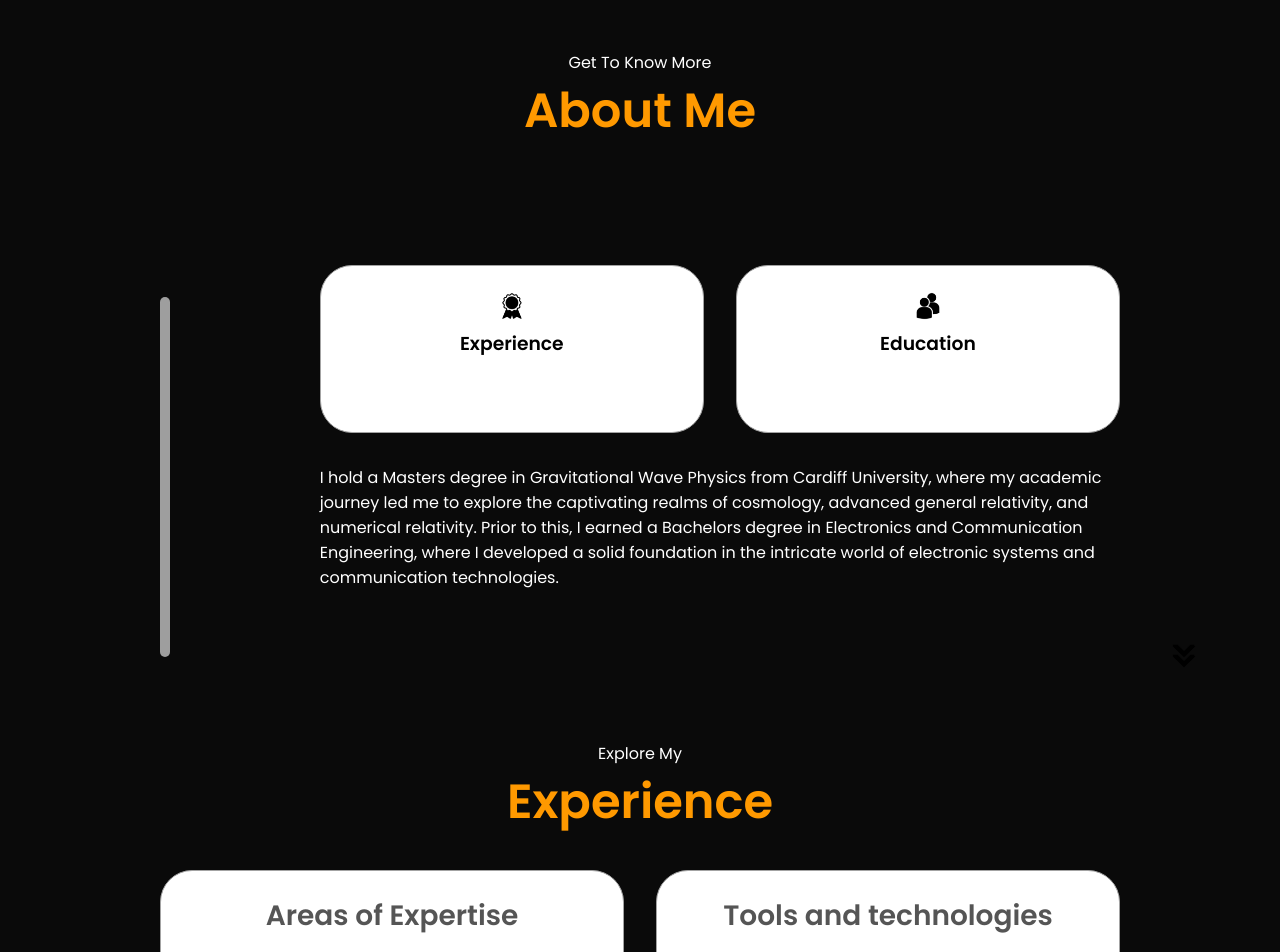
Repository: APersonalVoyage/APersonalVoyage.github.io
Page: index.html
The author's editor kept a copy of each file at every save. The page is drawn from the files as they stood at one save, then again after the next save.
The browser window is 1280 px wide. The pictures show the part of the page from y = 795 to 1747 px (the page is 4064 px tall).
Pictures or frames that could not be fetched are drawn as grey boxes. A picture or video elsewhere on the page could not be fetched, so the positions and the page height are approximate.

Above is the page before, as saved 2023-08-24 19:15:00.

### index.html
<!DOCTYPE html>
<html lang="en">
  <head>
    <meta charset="UTF-8" />
    <meta http-equiv="X-UA-Compatible" content="IE=edge" />
    <meta name="viewport" content="width=device-width, initial-scale=1.0" />
    <title>My Portfolio</title>
    <link rel="stylesheet" href="style.css" />
    <link rel="stylesheet" href="mediaqueries.css" />

  </head>
  <body>
    <nav id="desktop-nav">
      <div class="logo">Abhishek Karkola</div>
      <div>
        <ul class="nav-links">
          <li><a href="#about">About</a></li>
          <li><a href="#experience">Experience</a></li>
          <li><a href="#projects">Projects</a></li>
          <li><a href="#contact">Contact</a></li>
        </ul>
      </div>
    </nav>
    <nav id="hamburger-nav">
      <div class="logo">Abhishek Karkola</div>
      <div class="hamburger-menu">
        <div class="hamburger-icon" onclick="toggleMenu()">
          <span></span>
          <span></span>
          <span></span>
        </div>
        <div class="menu-links">
          <li><a href="#about" onclick="toggleMenu()">About</a></li>
          <li><a href="#experience" onclick="toggleMenu()">Experience</a></li>
          <li><a href="#projects" onclick="toggleMenu()">Projects</a></li>
          <li><a href="#contact" onclick="toggleMenu()">Contact</a></li>
        </div>
      </div>
    </nav>
    <section id = "profile" style = "text-align: center;" >
        <div class="section__pic-container">
            <img src="./assets/My_profile-fotor-20230824122059.png" alt="profile" class="section__pic">
        </div>
        <div class= "section_text" style = "margin-top: 200px;" >
            <p class="section__text__p1">Hello, I'm</p>
        <h1 class="title">Abhishek Karkola</h1>
        <p class="section__text__p2">Gravitational Wave Astrophysicist</p>
        <div class="btn-container">
            <button
              class="btn btn-color-2"
              onclick="window.open('./assets/Abhishek_Academic_CV.pdf')"
            >
              Download CV
            </button>
            <button class="btn btn-color-1" onclick="location.href='./#contact'">
              Contact Info
            </button>
          </div>
          <div id="socials-container">
            <img
            src="./assets/linkedin.png"
            alt="My LinkedIn profile"
            class="icon"
            onclick="location.href='https://linkedin.com/'"
          />
          <img
            src="./assets/github.png"
            alt="My Github profile"
            class="icon"
            onclick="location.href='https://github.com/APersonalVoyage'"
          />
          <img
            src="./assets/instagram.png"
            alt="My instagram profile"
            class="icon"
            onclick="location.href='https://www.instagram.com/apersonalvoyage/'"
          />
          <img
            src="./assets/twitter.png"
            alt="My twitter profile"
            class="icon"
            onclick="location.href='https://twitter.com/APersonalVoyage'"
          />
        </div>
      </div>
          </div>

        </div>
    </section>
    <section id="about">
        <p class="section__text__p1">Get To Know More</p>
        <h1 class="title">About Me</h1>
        <div class="section-container">
          <div class="section__pic-container" style="margin-top: 150px">
            <img
              src="./assets/Profile_Pic2.JPG"
              alt="Profile picture"
              class="about-pic"
            />
          </div>
          <div class="about-details-container">
            <div class="about-containers">
              <div class="details-container">
                <img
                  src="./assets/experience.png"
                  alt="Experience icon"
                  class="icon"
                />
                <h3>Experience</h3>
                <p>1+ years <br />Research Intern</p>
              </div>
              <div class="details-container">
                <img
                  src="./assets/education.png"
                  alt="Education icon"
                  class="icon"
                />
                <h3>Education</h3>
                <p>B.E. Electronics<br />M.Sc. GW Physics</p>
              </div>
            </div>
            <div class="text-container">
              <p>
                I hold a Masters degree in Gravitational Wave Physics from Cardiff University, where my academic journey led me to explore the captivating realms of cosmology, advanced general relativity, and numerical relativity. Prior to this, I earned a Bachelors degree in Electronics and Communication Engineering, where I developed
                a solid foundation in the intricate world of electronic systems and communication technologies.
              </p>
            </div>
          </div>
        </div>
        <img
          src="./assets/arrow.png"
          alt="Arrow icon"
          class="icon arrow"
          onclick="location.href='./#experience'"
        />
    </section>
</section>
<section id="experience">
  <p class="section__text__p1">Explore My</p>
  <h1 class="title">Experience</h1>
  <div class="experience-details-container">
    <div class="about-containers">
      <div class="details-container">
        <h2 class="experience-sub-title">Areas of Expertise</h2>
        <div class="article-container">
          <article>
            <img
              src="./assets/checkmark.png"
              alt="Experience icon"
              class="icon"
            />
            <div>
              <h3>Linear Algebra</h3>
              <p>Experienced</p>
            </div>
          </article>
          <article>
            <img
              src="./assets/checkmark.png"
              alt="Experience icon"
              class="icon"
            />
            <div>
              <h3>Tensor Mathematics</h3>
              <p>Experienced</p>
            </div>
          </article>
          <article>
            <img
              src="./assets/checkmark.png"
              alt="Experience icon"
              class="icon"
            />
            <div>
              <h3>General Relativity</h3>
              <p>Intermediate</p>
            </div>
          </article>
          <article>
            <img
              src="./assets/checkmark.png"
              alt="Experience icon"
              class="icon"
            />
            <div>
              <h3>Cosmology</h3>
              <p>Intermediate</p>
            </div>
          </article>
          <article>
            <img
              src="./assets/checkmark.png"
              alt="Experience icon"
              class="icon"
            />
            <div>
              <h3>Numerical Relativity</h3>
              <p>Basic</p>
            </div>
          </article>
          <article>
            <img
              src="./assets/checkmark.png"
              alt="Experience icon"
              class="icon"
            />
            <div>
              <h3>GW Astrophysics</h3>
              <p>Intermediate</p>
            </div>
          </article>
        </div>
      </div>
      <div class="details-container">
        <h2 class="experience-sub-title">Tools and technologies</h2>
        <div class="article-container">
          <article>
            <img
              src="./assets/checkmark.png"
              alt="Experience icon"
              class="icon"
            />
            <div>
              <h3>PostgreSQL</h3>
              <p>Basic</p>
            </div>
          </article>
          <article>
            <img
              src="./assets/checkmark.png"
              alt="Experience icon"
              class="icon"
            />
            <div>
              <h3>HTML</h3>
              <p>Intermediate</p>
            </div>
          </article>
          <article>
            <img
              src="./assets/checkmark.png"
              alt="Experience icon"
              class="icon"
            />
            <div>
              <h3>Python</h3>
              <p>Experienced</p>
            </div>
          </article>
          <article>
            <img
              src="./assets/checkmark.png"
              alt="Experience icon"
              class="icon"
            />
            <div>
              <h3>Git</h3>
              <p>Intermediate</p>
            </div>
          </article>
          <article>
            <img
              src="./assets/checkmark.png"
              alt="Experience icon"
              class="icon"
            />
            <div>
              <h3> High Performance Computing (HPC)</h3>
              <p>Intermediate</p>
            </div>
          </article>
        </div>
      </div>
    </div>
  </div>
  <img
    src="./assets/arrow.png"
    alt="Arrow icon"
    class="icon arrow"
    onclick="location.href='./#projects'"
  />
</section>
<section id="projects">
    <p class="section__text__p1">Browse My Recent</p>
    <h1 class="title">Projects</h1>
    <div class="experience-details-container">
      <div class="about-containers">
        <div class="details-container color-container">
          <div class="article-container">
            <img
              src="./assets/10-Figure2-1.png"
              alt="Project 1"
              class="project-img"
            />
          </div>
          <h2 class="experience-sub-title project-title">Updating Gravitational Wave Constraints on Modified Gravity</h2>
          <div class="btn-container">
            <button
              class="btn btn-color-2 project-btn"
              onclick="location.href='https://github.com/APersonalVoyage/MSc_Thesis'"
            >
              Github
            </button>
            <button
              class="btn btn-color-2 project-btn"
              onclick="location.href='https://github.com/APersonalVoyage/MSc_Thesis/blob/main/Abhishek_Msc_Dissertation%20.pdf'"
            >
              Thesis
            </button>
          </div>
        </div>
        <div class="details-container color-container">
          <div class="article-container">
            <img
              src="./assets/GW150914_IMR.png"
              alt="Project 2"
              class="project-img"
            />
          </div>
          <h2 class="experience-sub-title project-title">Parameter Estimation of Gravitational-wave Source</h2>
          <div class="btn-container">
            <button
              class="btn btn-color-2 project-btn"
              onclick="location.href='https://github.com/APersonalVoyage/GW-data-analysis'"
            >
              Github
            </button>
            <button
              class="btn btn-color-2 project-btn"
              onclick="location.href='https://github.com/gw-odw/odw-2021'"
            >
              Source Code
            </button>
          </div>
        </div>
         <div class="details-container color-container">
          <div class="article-container">
            <img
              src="./assets/PE.jpg"
              alt="Project 3"
              class="project-img"
            />
          </div>
          <h2 class="experience-sub-title project-title">GW Data Analysis</h2>
          <div class="btn-container">
            <button
              class="btn btn-color-2 project-btn"
              onclick="location.href='https://github.com/APersonalVoyage/Data-Analysis-2022'"
            >
              Github
            </button>
            <button
              class="btn btn-color-2 project-btn"
              onclick="location.href='https://github.com/APersonalVoyage/Data-Analysis-2022'"
            >
              Source Code
            </button>
          </div>

        </div>
        <div class="details-container color-container">
            <div class="article-container">
              <img
                src="./assets/Screenshot 2023-08-24 at 6.26.45 PM.png"
                alt="Project 2"
                class="project-img"
              />
            </div>
            <h2 class="experience-sub-title project-title">Website using html, css and JS</h2>
            <div class="btn-container">
              <button
                class="btn btn-color-2 project-btn"
                onclick="location.href='https://github.com/APersonalVoyage/APersonalVoyage.github.io'"
              >
                Github
              </button>
              <button
                class="btn btn-color-2 project-btn"
                onclick="location.href='https://apersonalvoyage.github.io/'"
              >
                View
              </button>
            </div>
          </div>

      </div>
    </div>
    <img
      src="./assets/arrow.png"
      alt="Arrow icon"
      class="icon arrow"
      onclick="location.href='./#projects'"
    />
  </section>
  <section id="contact">
    <p class="section__text__p1">Get in Touch</p>
    <h1 class="title">Contact Me</h1>
    <div class="contact-info-upper-container">
      <div class="contact-info-container">
        <img
          src="./assets/email.png"
          alt="Email icon"
          class="icon contact-icon email-icon"
        />
        <p><a href="mailto:examplemail@gmail.com">abhishek@alphago.in</a></p>
      </div>
    </div>
  </section>
  <footer>
    <nav>
      <div class="nav-links-container">
        <ul class="nav-links">
          <li><a href="#about">About</a></li>
          <li><a href="#experience">Experience</a></li>
          <li><a href="#projects">Projects</a></li>
          <li><a href="#contact">Contact</a></li>
        </ul>
      </div>
    </nav>

  </footer>
  <script src="script.js"></script>
</body>
</html>

### style.css
/* GENERAL */

@import url("https://fonts.googleapis.com/css2?family=Poppins:wght@300;400;500;600&display=swap");

* {
  margin: 0;
  padding: 0;
}

body {
  font-family: "Poppins", sans-serif;
  background-color: #0a0a0a;
  color: 0;

}

html {
  scroll-behavior: smooth;

}

p {
  color: #ffffff;
}

/* TRANSITION */

a,
.btn {
  transition: all 300ms ease;
}

/* DESKTOP NAV */

nav,
.nav-links {
  display: flex;
}

nav {
  justify-content: space-around;
  align-items: center;
  height: 17vh;
}

.nav-links {
  gap: 2rem;
  list-style: none;
  font-size: 1.5rem;
}

a {
  color: #ffffff;
  text-decoration: none;
  text-decoration-color: white;
}

a:hover {
  color: #ffffff;
  text-decoration: underline;
  text-underline-offset: 1rem;
  text-decoration-color: #ffffff;
}

.logo {
  font-size: 2rem;
}

.logo:hover {
  cursor: default;
}

/* HAMBURGER MENU */

#hamburger-nav {
  display: none;
}

.hamburger-menu {
  position: relative;
  display: inline-block;
}

.hamburger-icon {
  display: flex;
  flex-direction: column;
  justify-content: space-between;
  height: 24px;
  width: 30px;
  cursor: pointer;
}

.hamburger-icon span {
  width: 100%;
  height: 2px;
  background-color: #ffffff;
  transition: all 0.3 ease-in-out;
}

.menu-links {
  position: absolute;
  top: 100%;
  right: 0;
  background-color: white;
  width: fit-content;
  max-height: 0;
  overflow: hidden;
  transition: all 0.3 ease-in-out;
}

.menu-links a {
  display: block;
  padding: 10px;
  text-align: center;
  font-size: 1.5rem;
  color:#ff9900;
  text-decoration: none;
  transition: all 0.3 ease-in-out;
}

.menu-links li {
  list-style: none;
}

.menu-links.open {
  max-height: 300px;
}

.hamburger-icon.open span:first-child {
  transform: rotate(45deg) translate(10px, 5px);
}

.hamburger-icon.open span:nth-child(2) {
  opacity: 0;
}

.hamburger-icon.open span:last-child {
  transform: rotate(-45deg) translate(10px, -5px);
}

.hamburger-icon span:first-child {
  transform: none;
}

.hamburger-icon span:first-child {
  opacity: 1;
}

.hamburger-icon span:first-child {
  transform: none;
}

/* SECTIONS */

section {
  padding-top: 4vh;
  height: 96vh;
  margin: 0 10rem;
  box-sizing: border-box;
  min-height: fit-content;
}

.section-container {
  display: flex;
}

/* PROFILE SECTION */

#profile {
  display: flex;
  justify-content: center;
  gap: 5rem;
  height: 80vh;
}

.section__pic-container {
  display: flex;
  height: 400px;
  width: 400px;
  margin: auto 0;
}

.section__text {
  align-self: center;
  text-align: center;
}

.section__text p {
  font-weight: 600;
}

.section__text__p1 {
  text-align: center;
}

.section__text__p2 {
  font-size: 1.75rem;
  margin-bottom: 1rem;
}

.title {
  font-size: 3rem;
  text-align: center;
  color: #ff9900;
}

#socials-container {
  display: flex;
  justify-content: center;
  margin-top: 1rem;
  gap: 1rem;
}

/* ICONS */

.icon {
  cursor: pointer;
  height: 2rem;
}

/* BUTTONS */

.btn-container {
  display: flex;
  justify-content: center;
  gap: 1rem;
}

.btn {
  font-weight: 600;
  transition: all 300ms ease;
  padding: 1rem;
  width: 8rem;
  border-radius: 2rem;
  background-color: #ff9900;
  color: #ffffff;
}

.btn-color-1,
.btn-color-2 {
  border: rgb(53, 53, 53) 0.1rem solid;
}

.btn-color-1:hover,
.btn-color-2:hover {
  cursor: pointer;
}

.btn-color-1,
.btn-color-2:hover {
  background: rgb(53, 53, 53);
  color: white;
}

.btn-color-1:hover {
  background: rgb(0, 0, 0);
}

.btn-color-2 {
  background: #ffffff;;
}

.btn-color-2:hover {
  border: rgb(255, 255, 255) 0.1rem solid;
}

.btn-container {
  gap: 1rem;
}

/* ABOUT SECTION */

#about {
  position: relative;
}

.about-containers {
  gap: 2rem;
  margin-bottom: 2rem;
  margin-top: 2rem;
}

.about-details-container {
  justify-content: center;
  flex-direction: column;
}

.about-containers,
.about-details-container {
  display: flex;
}

.about-pic {
  border-radius: 2rem;
  width: 10%;
  height: 90%;

}

.arrow {
  position: absolute;
  right: -5rem;
  bottom: 2.5rem;
}

.details-container {
  padding: 1.5rem;
  flex: 1;
  background: white;
  border-radius: 2rem;
  border: rgb(53, 53, 53) 0.1rem solid;
  border-color: rgb(163, 163, 163);
  text-align: center;
}

.section-container {
  gap: 4rem;
  height: 80%;
}

.section__pic-container {
  height: 400px;
  width: 400px;
  margin: auto 0;
}

/* EXPERIENCE SECTION */

#experience {
  position: relative;
}

.experience-sub-title {
  color: rgb(85, 85, 85);
  font-weight: 600;
  font-size: 1.75rem;
  margin-bottom: 2rem;
}

.experience-details-container {
  display: flex;
  justify-content: center;
  flex-direction: column;
}

.article-container {
  display: flex;
  text-align: initial;
  flex-wrap: wrap;
  flex-direction: row;
  gap: 2.5rem;
  justify-content: space-around;
}

article {
  display: flex;
  width: 10rem;
  justify-content: space-around;
  gap: 0.5rem;
}

article .icon {
  cursor: default;
}

/* PROJECTS SECTION */

#projects {
  position: relative;
}

.color-container {
  border-color: rgb(163, 163, 163);
  background: rgb(250, 250, 250);
}

.project-img {
  border-radius: 2rem;
  width: 90%;
  height: 90%;
}

.project-title {
  margin: 1rem;
  color: black;
}

.project-btn {
  color: black;
  border-color: rgb(163, 163, 163);
}

/* CONTACT */

#contact {
  display: flex;
  justify-content: center;
  flex-direction: column;
  height: 70vh;
}

.contact-info-upper-container {
  display: flex;
  justify-content: center;
  border-radius: 2rem;
  border: rgb(53, 53, 53) 0.1rem solid;
  border-color: rgb(163, 163, 163);
  background: (250, 250, 250);
  margin: 2rem auto;
  padding: 0.5rem;
}

.contact-info-container {
  display: flex;
  align-items: center;
  justify-content: center;
  gap: 0.5rem;
  margin: 1rem;
}

.contact-info-container p {
  font-size: larger;
}

.contact-icon {
  cursor: default;
}

.email-icon {
  height: 2.5rem;
}

/* FOOTER SECTION */

footer {
  height: 26vh;
  margin: 0 1rem;
}

footer p {
  text-align: center;
}

### mediaqueries.css
@media screen and (max-width: 1400px) {
  #profile {
    height: 83vh;
    margin-bottom: 6rem;
  }
  .about-containers {
    flex-wrap: wrap;
  }
}

@media screen and (max-width: 1200px) {
  #desktop-nav {
    display: none;
  }
  #hamburger-nav {
    display: flex;
  }
  #experience,
  .experience-details-container {
    margin-top: 2rem;
  }
  #profile,
  .section-container {
    display: block;
  }
  .arrow {
    display: none;
  }
  section,
  .section-container {
    height: fit-content;
  }
  section {
    margin: 0 5%;
  }
  .section__pic-container {
    width: 275px;
    height: 275px;
    margin: 0 auto 2rem;
  }
  .about-containers {
    margin-top: 0;
  }
}

@media screen and (max-width: 600px) {
  #contact,
  footer {
    height: 40vh;
  }
  #profile {
    height: 83vh;
    margin-bottom: 0;
  }
  article {
    font-size: 1rem;
  }
  footer nav {
    height: fit-content;
    margin-bottom: 2rem;
  }
  .about-containers,
  .contact-info-upper-container,
  .btn-container {
    flex-wrap: wrap;
  }
  .contact-info-container {
    margin: 0;
  }
  .contact-info-container p,
  .nav-links li a {
    font-size: 1rem;
  }
  .experience-sub-title {
    font-size: 1.25rem;
  }
  .logo {
    font-size: 1.5rem;
  }
  .nav-links {
    flex-direction: column;
    gap: 0.5rem;
    text-align: center;
  }
  .section__pic-container {
    width: auto;
    height: 46vw;
    justify-content: center;
  }
  .section__text__p2 {
    font-size: 1.25rem;
  }
  .title {
    font-size: 2rem;
  }
  .text-container {
    text-align: justify;
  }
}

### script.js
function toggleMenu() {
    const menu = document.querySelector(".menu-links");
    const icon = document.querySelector(".hamburger-icon");
    menu.classList.toggle("open");
    icon.classList.toggle("open");
  }

After the next save:
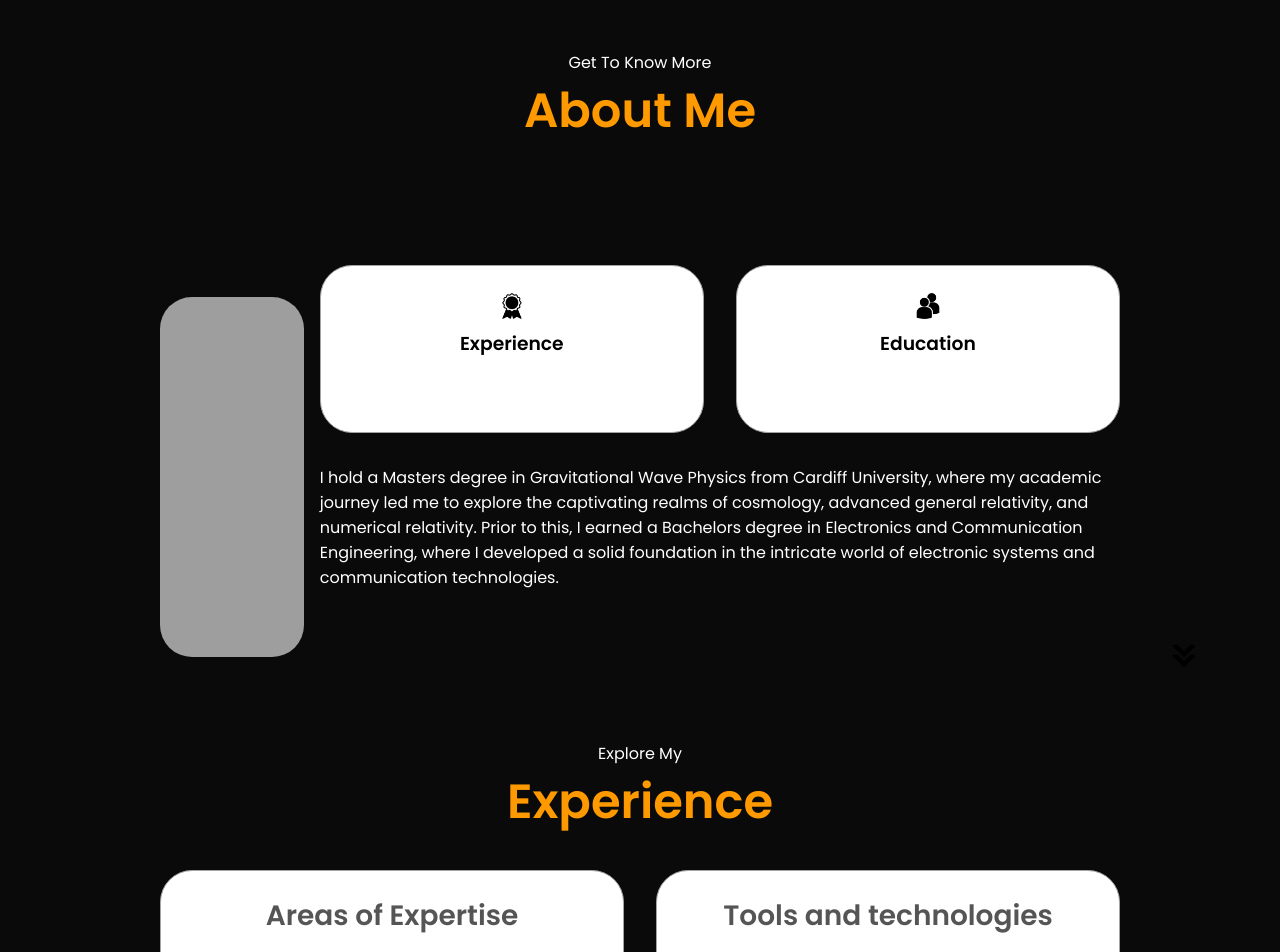
Saved 5 s later.
--- a/style.css
+++ b/style.css
@@ -292,7 +292,7 @@ section {
 
 .about-pic {
   border-radius: 2rem;
-  width: 10%;
+  width: 150%;
   height: 90%;
 
 }
